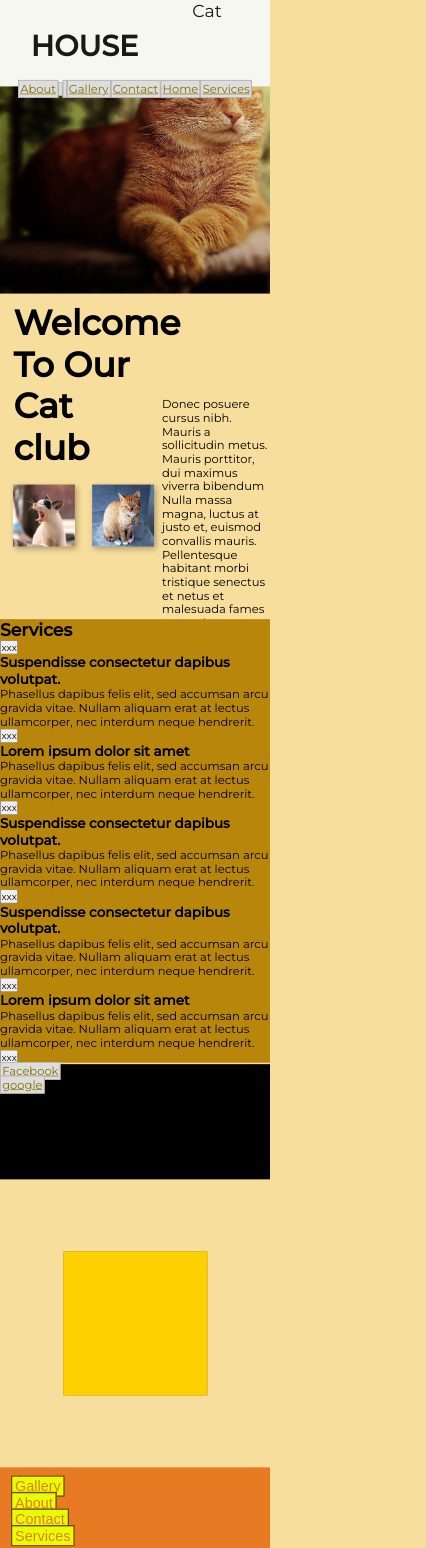
Repository: raul4264/final
Page: index.html
These files come from the project's save history. The page is drawn as it stood at one moment and after the next save; the edit follows.
The browser window is 375 px wide. The page is 592 px wide, so the pictures cover 592 px, including what lies to the right of the window. The pictures show the whole page, at 72% of full size.

Above is the page before, as saved 2021-03-25 13:11:02.

After the next save:
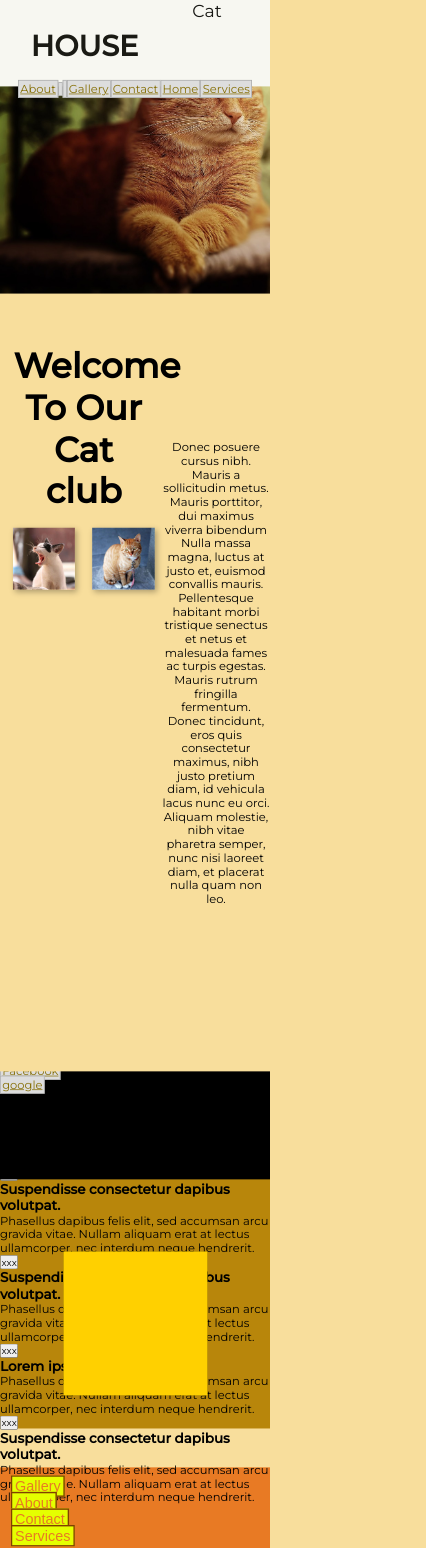
Saved 2 min 25 s later.
--- a/css/estilos.css
+++ b/css/estilos.css
@@ -193,7 +193,7 @@
           color:black; -moz-box-shadow: 2px 2px 1px black; }
    /*....................................*/
 
-   #welcome{
+   .welcome{
 	height: 100%;
 	padding: 60px 0;
 	position: relative;
@@ -210,19 +210,19 @@
 }
 
 /* ESTILO HOVER */
-#container:hover .square1{
+.welcome:hover .square1{
 	transform: scaleY(1.25);
 	-moz-transform: scaleY(1.25);
 	-webkit-transform: scaleY(1.25);
 }
 
-#container:hover .square2{
+.welcome:hover .square2{
 	transform: scaleY(1.5);
 	-moz-transform: scaleY(1.5);
 	-webkit-transform: scaleY(1.5);
 }
 
-#container:hover .square3{
+.welcome:hover .square3{
 	transform: scaleY(2);
 	-moz-transform: scaleY(2);
 	-webkit-transform: scaleY(2);

After the save that followed:
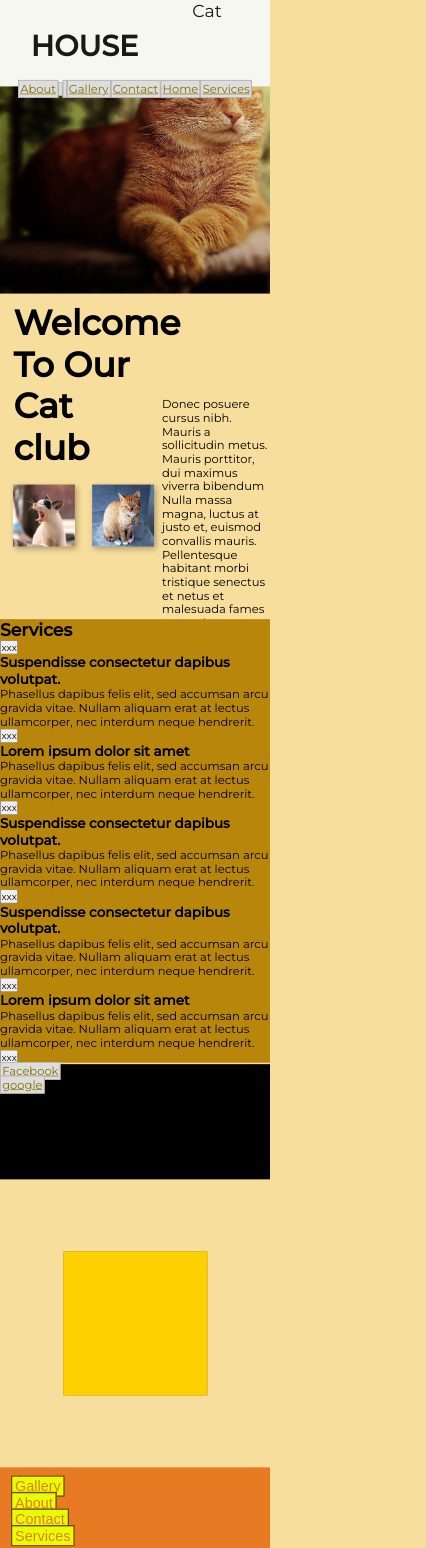
Saved 72 s later.
--- a/css/estilos.css
+++ b/css/estilos.css
@@ -193,40 +193,7 @@
           color:black; -moz-box-shadow: 2px 2px 1px black; }
    /*....................................*/
 
-   .welcome{
-	height: 100%;
-	padding: 60px 0;
-	position: relative;
-	text-align: center;
-	width: 100%;
-}
-
-.square{
-	background: #e87a24;
-	display: inline-block;
-	height: 80px;
-	margin: 0 50px;
-	width: 80px;
-}
-
-/* ESTILO HOVER */
-.welcome:hover .square1{
-	transform: scaleY(1.25);
-	-moz-transform: scaleY(1.25);
-	-webkit-transform: scaleY(1.25);
-}
-
-.welcome:hover .square2{
-	transform: scaleY(1.5);
-	-moz-transform: scaleY(1.5);
-	-webkit-transform: scaleY(1.5);
-}
-
-.welcome:hover .square3{
-	transform: scaleY(2);
-	-moz-transform: scaleY(2);
-	-webkit-transform: scaleY(2);
-}
+
 /*.............................................*/
 .cubo, .cubo .cara {
     width: 200px;
